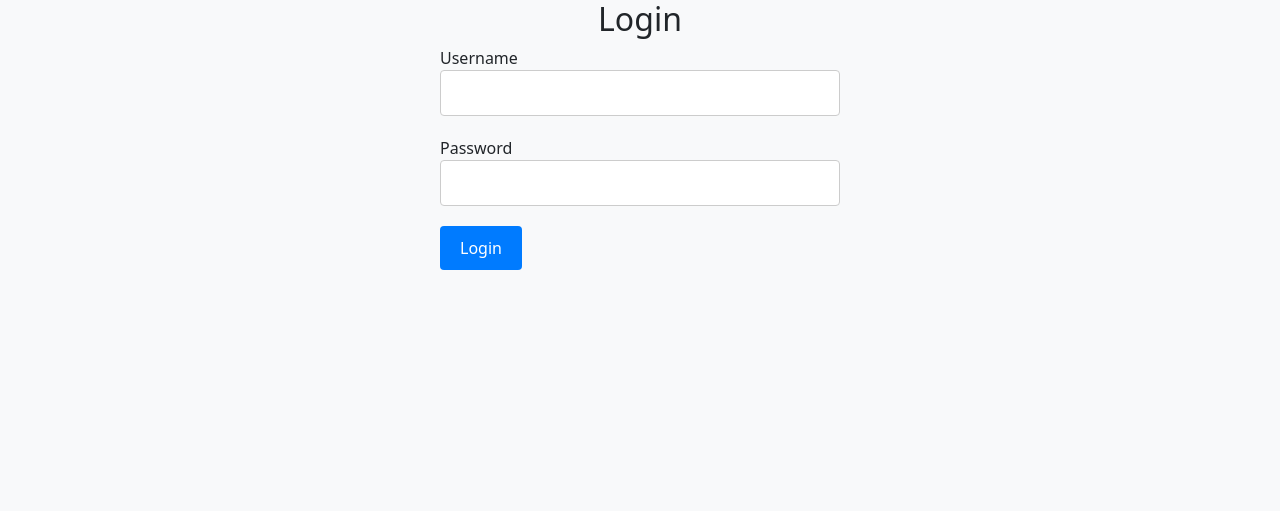
Repository: gabrielwodtke282/PetShop-fofinhos
Page: front-end/index.html
An editor plug-in stored every save of this project. The page is shown before and after the next save, followed by the edit.
The browser window is 1280 px wide. The pictures show the whole page.

Above is the page before, as saved 2026-03-23 10:00:54.

After the next save:
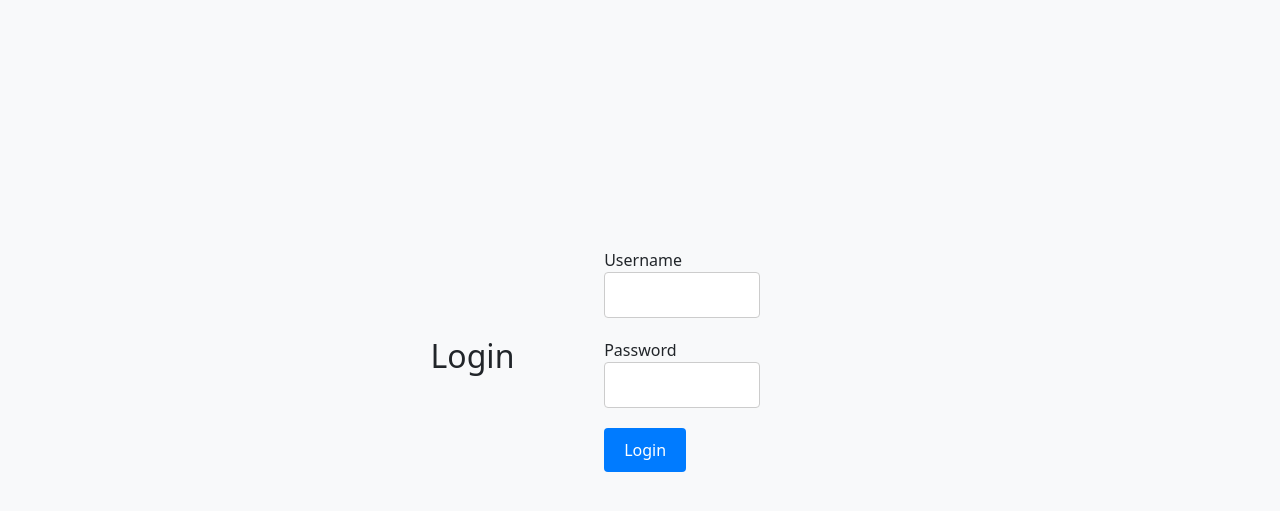
Saved 2 min 22 s later.
--- a/front-end/index.html
+++ b/front-end/index.html
@@ -10,7 +10,7 @@
 </head>
 
 <body class="bg-light">
-    <div class="container mt-24">
+    <div class="container d-flex justify-content-center align-items-center vh-100">
     <h2 class="text-center">Login</h2>
     <div class="row">
         <div class="col-md-6 offset-md-3">
